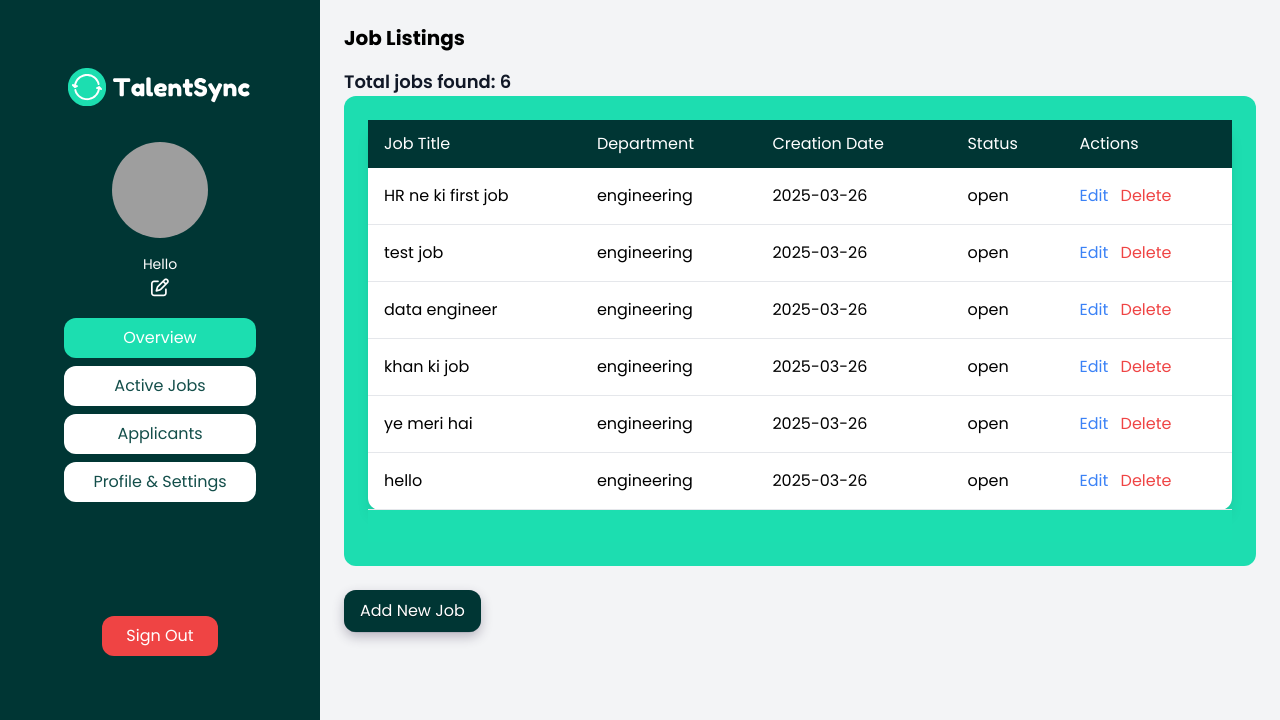
Repository: AbdullahScriptStudio/TalentSync
Page: http://localhost/recruiter/jobs/
These files come from the project's save history. The page is drawn as it stood at one moment and after the next save; the edit follows.
The browser window is 1280 px wide. The pictures show the whole page.
Pictures or frames that could not be fetched are drawn as grey boxes. Some web libraries are served in a nearby version. The page is served by the project's application, run on Django 5.2 (manage.py). The first stored user is signed in. Other server files are loaded and not shown. The page reads the database file committed with the project.

Above is the page before, as saved 2025-03-26 23:16:16.

### recruiter/templates/recruiter/job_list.html
<!DOCTYPE html>
<html lang="en">
{% load static %}

<head>
    <meta charset="UTF-8">
    <meta name="viewport" content="width=device-width, initial-scale=1.0">
    <script src="https://cdn.tailwindcss.com"></script>
    <link rel="stylesheet" href="https://cdnjs.cloudflare.com/ajax/libs/font-awesome/6.0.0-beta3/css/all.min.css">
    <title>Job List</title>
    <style>
        @import url('https://fonts.googleapis.com/css2?family=Inter:wght@100..900&family=Poppins:wght@100..900&display=swap');

        body {
            font-family: "Poppins", sans-serif;
            background-color: white;
        }

        button {
            font-size: 18px;
            display: inline-block;
            outline: 0;
            border: 0;
            cursor: pointer;
            background: radial-gradient(100% 100% at 100% 0%, #003634 0%, #003634 100%);
            box-shadow: 0px 0.01em 0.01em rgb(45 35 66 / 40%), 0px 0.3em 0.7em -0.01em rgb(45 35 66 / 30%), inset 0px -0.01em 0px rgb(0 54 52 / 50%);
            padding: 0 2em;
            border-radius: 0.3em;
            color: #fff;
            height: 2.6em;
            text-shadow: 0 1px 0 rgb(0 0 0 / 40%);
            transition: box-shadow 0.15s ease, transform 0.15s ease;
        }

        button:hover {
            box-shadow: 0px 0.1em 0.2em rgb(0 54 52 / 40%), 0px 0.4em 0.7em -0.1em rgb(0 54 52 / 30%), inset 0px -0.1em 0px #003634;
            transform: translateY(-0.1em);
        }

        button:active {
            box-shadow: inset 0px 0.1em 0.6em #003634;
            transform: translateY(0em);
        }
    </style>
</head>

<body class="bg-gray-100">
    <div class="flex min-h-screen">
        <!-- Sidebar -->
        <div class="bg-[#003634] text-white w-1/4 p-6 flex flex-col items-center fixed h-full" style="padding: 4rem;">
            <div class="flex items-center mb-8">
                <img alt="TalentSync logo" class="w-48 h-auto" src="{% static 'images/logo.svg' %}" />
            </div>
            <img alt="Profile picture" class="w-24 h-24 rounded-full mb-4" src="{% static 'images/dog-profile.svg' %}" />
            <div class="text-center mb-4">
                <p class="text-sm">Hello</p>
                <p class="text-lg">{{ user.first_name }} {{ user.last_name }} <i class="fa-regular fa-pen-to-square"></i></p>
            </div>
            <nav class="flex flex-col w-full">
                <a href="{% url 'recruiter_dashboard' %}" class="bg-[#1cdeb0] text-white py-2 px-4 rounded-xl mb-2 text-center">Overview</a>
                <a href="{% url 'job_list' %}" class="bg-white text-teal-900 py-2 px-4 rounded-xl mb-2 text-center">Active Jobs</a>
                <a href="#" class="bg-white text-teal-900 py-2 px-4 rounded-xl mb-2 text-center">Applicants</a>
                <a href="#" class="bg-white text-teal-900 py-2 px-4 rounded-xl mb-2 text-center">Profile & Settings</a>
            </nav>
            <a href="{% url 'user_logout' %}" class="mt-auto bg-red-500 py-2 px-6 rounded-xl">Sign Out</a>
        </div>

        <!-- Main Content -->
        <div class="flex-1 p-6 ml-[25%]">
            <h2 class="text-xl font-bold mb-4">Job Listings</h2>

            <!-- Job Count Display -->
            <p class="text-lg font-semibold text-gray-900">Total jobs found: {{ page_obj.paginator.count }}</p>

            <div class="bg-[#1dddb0] p-6 rounded-xl overflow-x-auto">
                {% if page_obj %}
                    <table class="min-w-full bg-white rounded-xl shadow-lg">
                        <thead class="bg-[#003634] text-white">
                            <tr>
                                <th class="px-4 py-3 text-left font-normal">Job Title</th>
                                <th class="px-4 py-3 text-left font-normal">Department</th>
                                <th class="px-4 py-3 text-left font-normal">Creation Date</th>
                                <th class="px-4 py-3 text-left font-normal">Status</th>
                                <th class="px-4 py-3 text-left font-normal">Actions</th>
                            </tr>
                        </thead>
                        <tbody>
                            {% for job in page_obj.object_list %}
                                <tr class="border-b">
                                    <td class="px-4 py-4">
                                        <a href="{% url 'job_description' job_id=job.id %}" class="text-black hover:underline">{{ job.title }}</a>
                                    </td>
                                    <td class="px-4 py-4">{{ job.department }}</td>
                                    <td class="px-4 py-4">{{ job.posted_at|date:"Y-m-d" }}</td>
                                    <td class="px-4 py-4">{{ job.status }}</td>
                                    <td class="px-4 py-4">
                                        <a href="{% url 'job_edit' job.id %}" class="text-blue-500 hover:underline">Edit</a>
                                        <a href="{% url 'job_delete' job.id %}" class="text-red-500 hover:underline ml-2">Delete</a>
                                    </td>
                                </tr>
                            {% empty %}
                                <tr>
                                    <td colspan="5" class="text-center py-4">No jobs available.</td>
                                </tr>
                            {% endfor %}
                        </tbody>
                    </table>

                    <!-- Pagination -->
                    <div class="flex justify-between bg-[#1cdeb0] p-4">
                        {% if page_obj.has_previous %}
                            <a href="?page=1" class="bg-[#003634] text-white py-2 px-4 rounded-xl">First</a>
                            <a href="?page={{ page_obj.previous_page_number }}" class="bg-[#003634] text-white py-2 px-4 rounded-xl">Previous</a>
                        {% endif %}
                        {% if page_obj.has_next %}
                            <a href="?page={{ page_obj.next_page_number }}" class="bg-[#003634] text-white py-2 px-4 rounded-xl">Next</a>
                            <a href="?page={{ page_obj.paginator.num_pages }}" class="bg-[#003634] text-white py-2 px-4 rounded-xl">Last</a>
                        {% endif %}
                    </div>
                {% else %}
                    <div class="text-center py-4">
                        <p>No active jobs available.</p>
                    </div>
                {% endif %}
            </div>

            <button class="bg-[#003634] text-white py-2 px-4 rounded-xl mt-6" onclick="window.location.href='{% url 'job_create_combined' %}'">Add New Job</button>
        </div>
    </div>
</body>

</html>

### people/models.py
from django.contrib.auth.models import AbstractUser
from django.db import models

class CustomUser(AbstractUser):
    USER_ROLES = [
        ('recruiter', 'Recruiter'),
        ('applicant', 'Applicant'),
    ]

    role = models.CharField(max_length=10, choices=USER_ROLES)
    profile_pic = models.ImageField(upload_to='profile_pics/', blank=True, null=True)
    company_name = models.CharField(max_length=255, blank=True, null=True)  # Only for recruiters
    resume = models.FileField(upload_to='resumes/', blank=True, null=True)  # Only for applicants

    def __str__(self):
        return self.username

### recruiter/models.py
from django.db import models
from django.conf import settings  # Import User model

class JobPost(models.Model):
    # Define a fixed country (Germany)
    COUNTRY = 'DE'

    JOB_TYPES = [
        ('full_time', 'Full-time'),
        ('part_time', 'Part-time'),
        ('contract', 'Contract'),
        ('freelance', 'Freelance'),
        ('temporary', 'Temporary'),
    ]

    # Define German states (Bundesländer)
    GERMAN_STATES = [
        ('Baden-Württemberg', 'Baden-Württemberg'),
        ('Bavaria', 'Bavaria'),
        ('Berlin', 'Berlin'),
        ('Brandenburg', 'Brandenburg'),
        ('Bremen', 'Bremen'),
        ('Hamburg', 'Hamburg'),
        ('Hesse', 'Hesse'),
        ('Lower Saxony', 'Lower Saxony'),
        ('Mecklenburg-Vorpommern', 'Mecklenburg-Vorpommern'),
        ('North Rhine-Westphalia', 'North Rhine-Westphalia'),
        ('Rhineland-Palatinate', 'Rhineland-Palatinate'),
        ('Saarland', 'Saarland'),
        ('Saxony', 'Saxony'),
        ('Saxony-Anhalt', 'Saxony-Anhalt'),
        ('Schleswig-Holstein', 'Schleswig-Holstein'),
        ('Thuringia', 'Thuringia'),
    ]

    # Define major cities for each state
    GERMAN_CITIES = [
        ('Berlin', 'Berlin'),
        ('Munich', 'Munich'),
        ('Hamburg', 'Hamburg'),
        ('Cologne', 'Cologne'),
        ('Frankfurt', 'Frankfurt'),
        ('Stuttgart', 'Stuttgart'),
        ('Düsseldorf', 'Düsseldorf'),
        ('Dortmund', 'Dortmund'),
        ('Essen', 'Essen'),
        ('Leipzig', 'Leipzig'),
    ]

    # Define available salary currencies
    CURRENCY_CHOICES = [
        ('EUR', 'Euro (EUR)'),
        ('USD', 'United States Dollar (USD)'),
        ('GBP', 'British Pound (GBP)'),
        ('AUD', 'Australian Dollar (AUD)'),
        ('CAD', 'Canadian Dollar (CAD)'),
    ]

    JOB_STATUS = [
        ('open', 'Open'),
        ('closed', 'Closed'),
        ('paused', 'Paused'),
    ]

    recruiter = models.ForeignKey(
        settings.AUTH_USER_MODEL,
        on_delete=models.CASCADE,
        related_name="job_posts"
    )  # Ensure job is linked to a recruiter

    title = models.CharField(max_length=255)
    country = models.CharField(max_length=2, default=COUNTRY)
    state_province = models.CharField(choices=GERMAN_STATES, max_length=100)
    city = models.CharField(choices=GERMAN_CITIES, max_length=100)
    company = models.CharField(max_length=255)
    job_type = models.CharField(choices=JOB_TYPES, max_length=50)
    department = models.CharField(max_length=100)
    min_experience = models.PositiveIntegerField()
    max_experience = models.PositiveIntegerField()
    min_salary = models.DecimalField(max_digits=10, decimal_places=2)
    max_salary = models.DecimalField(max_digits=10, decimal_places=2)
    salary_currency = models.CharField(choices=CURRENCY_CHOICES, max_length=3, default='EUR')
    skills_required = models.CharField(max_length=500)
    job_description = models.TextField()
    posted_at = models.DateTimeField(auto_now_add=True)
    status = models.CharField(choices=JOB_STATUS, max_length=10, default='open')

    def __str__(self):
        return f"{self.title} - {self.company} (Posted by {self.recruiter.username})"






class Application(models.Model):
    job_post = models.ForeignKey(JobPost, on_delete=models.CASCADE)
    applicant_name = models.CharField(max_length=255)
    applicant_email = models.EmailField()
    resume = models.FileField(upload_to='resumes/')
    cover_letter = models.TextField(blank=True)  # Optional cover letter field
    applied_at = models.DateTimeField(auto_now_add=True)

    def __str__(self):
        return f"Application from {self.applicant_name} for {self.job_post.title}"

### recruiter/views.py
from django.shortcuts import render, redirect, get_object_or_404
from django.contrib.auth.decorators import login_required
from django.core.paginator import Paginator
from django.contrib import messages
from recruiter.forms import JobPostForm
from recruiter.models import JobPost
from people.models import CustomUser  # Import the user model
from django.http import HttpResponseForbidden

def is_recruiter(user):
    """Helper function to check if the user is a recruiter."""
    return user.is_authenticated and user.role == "recruiter"

# 🔹 Recruiter Dashboard (Shows Only Recruiter's Jobs)
@login_required
def recruiter_dashboard(request):
    if request.user.role != 'recruiter':  # Ensure only recruiters access this view
        messages.error(request, "Unauthorized access.")
        return redirect('job_list')  # Redirect unauthorized users

    recruiter = request.user
    total_jobs = JobPost.objects.filter(recruiter=recruiter).count()
    total_applicants = 232  # Placeholder (update if needed)

    # Fetch only the recruiter's jobs
    recent_jobs = JobPost.objects.filter(recruiter=recruiter).order_by('-posted_at')[:4]

    # Get job status counts for this recruiter
    open_jobs = JobPost.objects.filter(recruiter=recruiter, status="open").count()
    closed_jobs = JobPost.objects.filter(recruiter=recruiter, status="closed").count()
    paused_jobs = JobPost.objects.filter(recruiter=recruiter, status="paused").count()

    context = {
        "total_jobs": total_jobs,
        "total_applicants": total_applicants,
        "recent_jobs": recent_jobs,
        "open_jobs": open_jobs,
        "closed_jobs": closed_jobs,
        "paused_jobs": paused_jobs,
    }
    return render(request, "recruiter/recruiter_dashboard.html", context)


# 🔹 Job List (Applicants See All, Recruiters See Their Jobs)
@login_required
def job_list(request):
    if request.user.role == 'recruiter':
        job_posts = JobPost.objects.filter(recruiter=request.user).order_by('-posted_at')
    else:
        job_posts = JobPost.objects.all().order_by('-posted_at')

    print(f"Jobs found: {job_posts.count()}")  # Debugging: Check if jobs exist

    paginator = Paginator(job_posts, 8)
    page_number = request.GET.get('page')
    page_obj = paginator.get_page(page_number)

    return render(request, 'recruiter/job_list.html', {
        'page_obj': page_obj
    })

# 🔹 Job Creation (Only Recruiters)
@login_required
def job_create_combined(request):
    if not is_recruiter(request.user):
        return HttpResponseForbidden("Only recruiters can post jobs.")

    if request.method == 'POST':
        form = JobPostForm(request.POST)
        if form.is_valid():
            job_post = form.save(commit=False)
            job_post.recruiter = request.user  # Assign recruiter
            job_post.status = 'open'
            job_post.save()
            return redirect('job_list')
    else:
        form = JobPostForm()

    return render(request, 'recruiter/job_form_combined.html', {'form': form})


# 🔹 Job Edit (Only Recruiter Who Created It)

@login_required
def job_edit(request, id):
    job = get_object_or_404(JobPost, id=id)

    # 🚨 Ensure the logged-in recruiter is the job's owner
    if job.recruiter != request.user:
        messages.error(request, "You are not authorized to edit this job.")
        return redirect('recruiter_dashboard')  # Redirect unauthorized users

    if request.method == 'POST':
        form = JobPostForm(request.POST, instance=job)
        if form.is_valid():
            form.save()
            messages.success(request, "Job updated successfully!")
            return redirect('job_description', job_id=job.id)
        else:
            print(form.errors)  # Debugging errors
    else:
        form = JobPostForm(instance=job)

    return render(request, 'recruiter/job_edit.html', {'form': form, 'job': job})


# 🔹 Job Delete (Only Recruiter Who Created It)
@login_required
def job_delete(request, id):
    job = get_object_or_404(JobPost, id=id)

    # 🚨 Ensure the logged-in recruiter is the job's owner
    if job.recruiter != request.user:
        messages.error(request, "You are not authorized to delete this job.")
        return redirect('recruiter_dashboard')  # Redirect unauthorized users

    job.delete()
    messages.success(request, "Job deleted successfully.")
    return redirect('job_list')


# View to show details of a single job post
def job_description(request, job_id):  # ✅ Match with URL pattern
    job = get_object_or_404(JobPost, id=job_id)
    return render(request, 'recruiter/job_description.html', {'job': job})

### talentsync/urls.py
"""
URL configuration for talentsync project.

The `urlpatterns` list routes URLs to views. For more information please see:
    https://docs.djangoproject.com/en/5.1/topics/http/urls/
Examples:
Function views
    1. Add an import:  from my_app import views
    2. Add a URL to urlpatterns:  path('', views.home, name='home')
Class-based views
    1. Add an import:  from other_app.views import Home
    2. Add a URL to urlpatterns:  path('', Home.as_view(), name='home')
Including another URLconf
    1. Import the include() function: from django.urls import include, path
    2. Add a URL to urlpatterns:  path('blog/', include('blog.urls'))
"""
from django.contrib import admin
from django.urls import path, include
from django.conf import settings
from django.conf.urls.static import static

urlpatterns = [
    path('admin/', admin.site.urls),
    path('recruiter/', include('recruiter.urls')),
    #path('applicant/', include('applicant.urls')),
    path('people/', include('people.urls')),
]


if settings.DEBUG:
    urlpatterns += static(settings.MEDIA_URL, document_root=settings.MEDIA_ROOT)

### recruiter/urls.py
from django.urls import path
from . import views
from django.conf.urls.static import static
from django.conf import settings



urlpatterns = [

    #adding new job
    #path('create/step1/', views.job_create_step1, name='job_create_step1'),
    #path('create/step2/', views.job_create_step2, name='job_create_step2'),
    #path('create/step3/', views.job_create_step3, name='job_create_step3'),
    path('job/post/', views.job_create_combined, name='job_create_combined'),
    #path('create/success/', views.job_post_success, name='job_post_success'), #to show job posted successfully
    path('jobs/', views.job_list, name='job_list'),
    path('jobs/description/<int:job_id>/', views.job_description, name='job_description'),
    path('job/edit/<int:id>/', views.job_edit, name='job_edit'),
    path('job/delete/<int:id>/', views.job_delete, name='job_delete'),
    path('dashboard/', views.recruiter_dashboard, name='recruiter_dashboard'),
]



if settings.DEBUG:
    urlpatterns += static(settings.MEDIA_URL, document_root=settings.MEDIA_ROOT)

### people/urls.py
from django.urls import path
from .views import register, user_login, user_logout, dashboard_redirect

urlpatterns = [
    path('register/', register, name='register'),
    path('login/', user_login, name='user_login'),
    path('logout/', user_logout, name='user_logout'),
    path('dashboard/', dashboard_redirect, name='dashboard_redirect'),
]

### db.sqlite3 (the tables this page reads, as SQL)
CREATE TABLE "people_customuser" ("id" integer NOT NULL PRIMARY KEY AUTOINCREMENT, "password" varchar(128) NOT NULL, "last_login" datetime NULL, "is_superuser" bool NOT NULL, "username" varchar(150) NOT NULL UNIQUE, "first_name" varchar(150) NOT NULL, "last_name" varchar(150) NOT NULL, "email" varchar(254) NOT NULL, "is_staff" bool NOT NULL, "is_active" bool NOT NULL, "date_joined" datetime NOT NULL, "profile_pic" varchar(100) NULL, "company_name" varchar(255) NULL, "resume" varchar(100) NULL, "role" varchar(10) NOT NULL);
INSERT INTO "people_customuser" VALUES
(1, 'pbkdf2_sha256$870000$qBBK696d30yjNL2ocJj62d$QDSpbAY/yODEqg/yOIsJT+dZw8aZAVn3/dQulVb7Dk0=', '2025-03-26 18:31:21.846286', 1, 'noor', '', '', 'noor@gmail.com', 1, 1, '2025-03-26 15:57:12.373148', '', NULL, NULL, 'applicant'),
(2, 'pbkdf2_sha256$870000$ZsIPv0WTTKIDoas8zbxgRk$YHaEi4+NgpH9DvF/zG4TcOHGS/Ord9Es9oNqH/C0JnI=', '2025-03-26 17:02:42.853362', 0, 'abdullah', '', '', 'abdullah@mail.com', 0, 1, '2025-03-26 16:13:53.407837', 'profile_pics/TalentSync__image_1.png', NULL, NULL, 'recruiter'),
(3, 'pbkdf2_sha256$870000$GqKdTd6lnd1dHaw8gXL0ed$hP0mymPQCZv6MkpkpqYTve24iNOdJ3clg7r4c7PG51s=', '2025-03-26 17:17:03.429805', 0, 'khan', '', '', 'khan@gmail.com', 0, 1, '2025-03-26 16:25:20.512813', 'profile_pics/MLSA_Pakistans_day_post_1.png', 'khanzada', '', 'recruiter'),
(4, 'pbkdf2_sha256$870000$O5u1IuEPcTEESXDyXLpEDK$NFh56dppU+g78vFJWrWNdv6uoJ6bdRqY7Pkf3vI+Po8=', '2025-03-26 18:32:55.433276', 0, 'hr', '', '', 'hr@gmail.com', 0, 1, '2025-03-26 17:47:22.588938', 'profile_pics/MLSA_Pakistans_day_post.png', 'Hr servers', '', 'recruiter');

CREATE TABLE "recruiter_jobpost" ("id" integer NOT NULL PRIMARY KEY AUTOINCREMENT, "title" varchar(255) NOT NULL, "country" varchar(2) NOT NULL, "state_province" varchar(100) NOT NULL, "city" varchar(100) NOT NULL, "company" varchar(255) NOT NULL, "job_type" varchar(50) NOT NULL, "department" varchar(100) NOT NULL, "min_experience" integer unsigned NOT NULL CHECK ("min_experience" >= 0), "max_experience" integer unsigned NOT NULL CHECK ("max_experience" >= 0), "min_salary" decimal NOT NULL, "max_salary" decimal NOT NULL, "salary_currency" varchar(3) NOT NULL, "skills_required" varchar(500) NOT NULL, "job_description" text NOT NULL, "posted_at" datetime NOT NULL, "status" varchar(10) NOT NULL, "recruiter_id" bigint NOT NULL REFERENCES "people_customuser" ("id") DEFERRABLE INITIALLY DEFERRED);
INSERT INTO "recruiter_jobpost" VALUES
(2, 'hello', 'DE', 'Bavaria', 'Munich', 'working', 'full_time', 'engineering', 1, 2, 21, 12, 'EUR', 'hello, world', 'djfkas', '2025-03-26 15:59:19.478275', 'open', 1),
(3, 'ye meri hai', 'DE', 'Bavaria', 'Munich', 'meri company', 'full_time', 'engineering', 3, 2, 1, 3, 'USD', 'python,django,sql', 'faskjfh', '2025-03-26 16:29:41.690749', 'open', 1),
(4, 'khan ki job', 'DE', 'Bavaria', 'Munich', 'sher khan', 'full_time', 'engineering', 1, 2, 2, 2, 'EUR', 'python,django,sql', 'jfakjsdsh', '2025-03-26 17:04:09.638566', 'open', 3),
(5, 'data engineer', 'DE', 'Bavaria', 'Munich', 'dsjfa', 'full_time', 'engineering', 21, 23, 24, 23, 'EUR', 'kafk, fakljflas', 'jlkadfj', '2025-03-26 17:09:36.334966', 'open', 3),
(6, 'test job', 'DE', 'Bavaria', 'Munich', 'safdjkl', 'full_time', 'engineering', 2, 2, 2, 2, 'EUR', 'fjak,dfas', 'dfakj', '2025-03-26 17:17:59.062919', 'open', 3),
(7, 'HR ne ki first job', 'DE', 'Bavaria', 'Munich', 'HR servers', 'full_time', 'engineering', 2, 1, 2, 1, 'GBP', 'python,django,sql', 'fajsfhdskajh', '2025-03-26 17:49:00.057021', 'open', 4);

Loaded but not shown: static/images/logo.svg (1 lines, source omitted)

After the next save:
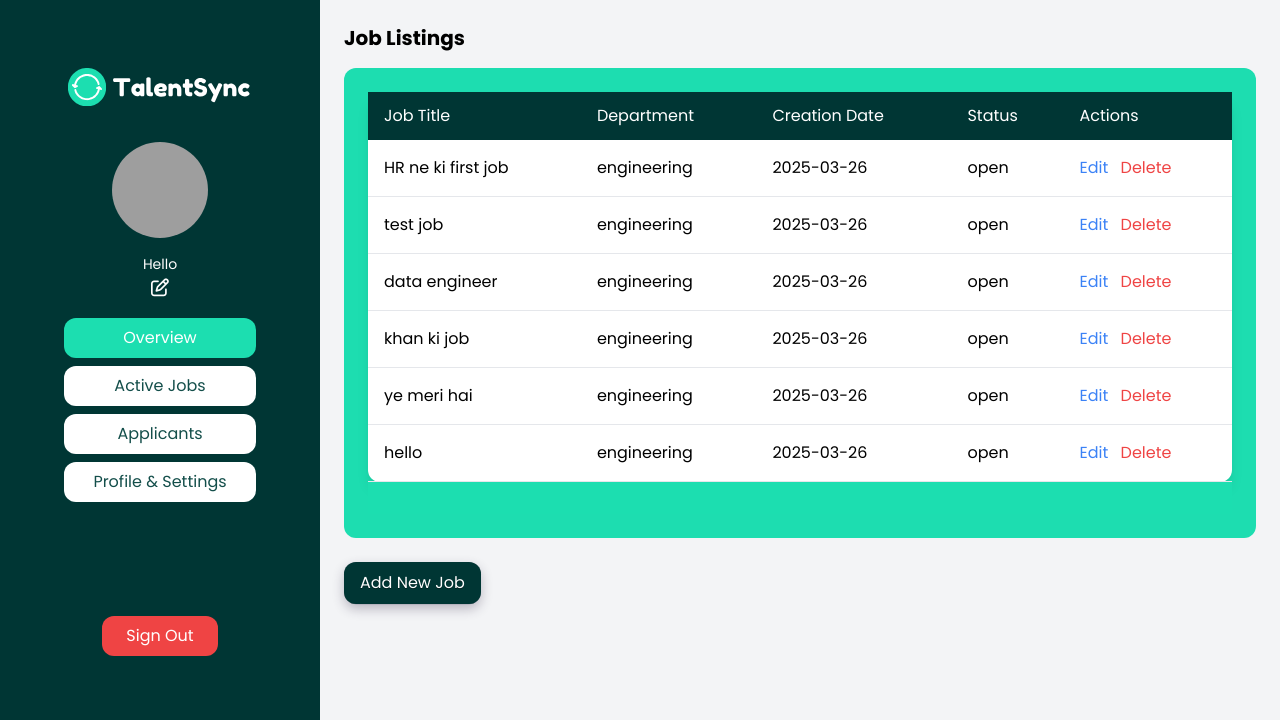
Saved 41 s later.
--- a/recruiter/templates/recruiter/job_list.html
+++ b/recruiter/templates/recruiter/job_list.html
@@ -70,7 +70,6 @@
             <h2 class="text-xl font-bold mb-4">Job Listings</h2>
 
             <!-- Job Count Display -->
-            <p class="text-lg font-semibold text-gray-900">Total jobs found: {{ page_obj.paginator.count }}</p>
 
             <div class="bg-[#1dddb0] p-6 rounded-xl overflow-x-auto">
                 {% if page_obj %}
